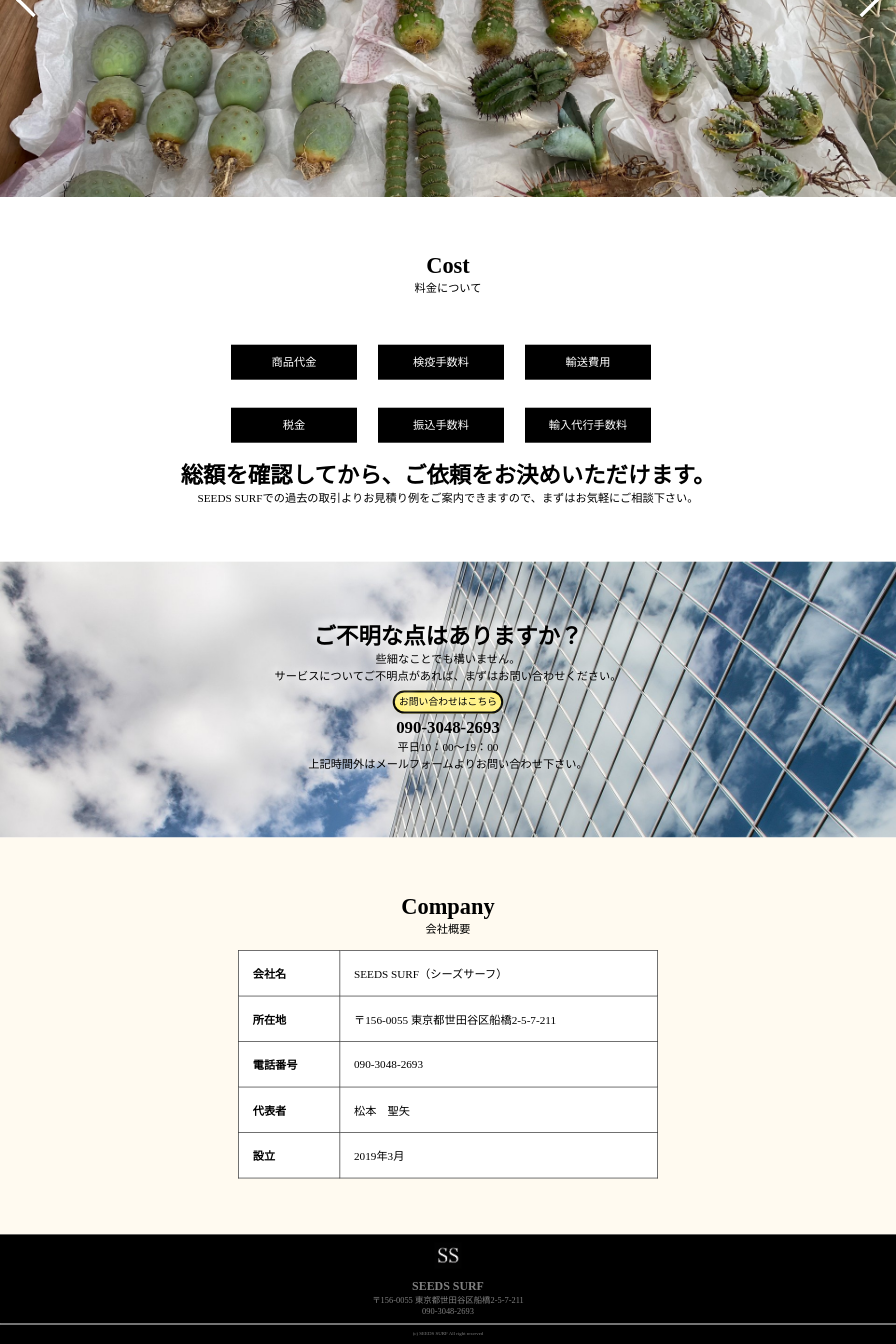
Repository: Seiya00002/seeds-surf-lp
Page: index.html
These files come from the project's save history. The page is drawn as it stood at one moment and after the next save; the edit follows.
The browser window is 1280 px wide. The pictures show the part of the page from y = 2169 to 4089 px (the page is 4089 px tall before and 4087 px after), at 70% of full size.

Above is the page before, as saved 2023-07-16 08:17:48.

After the next save:
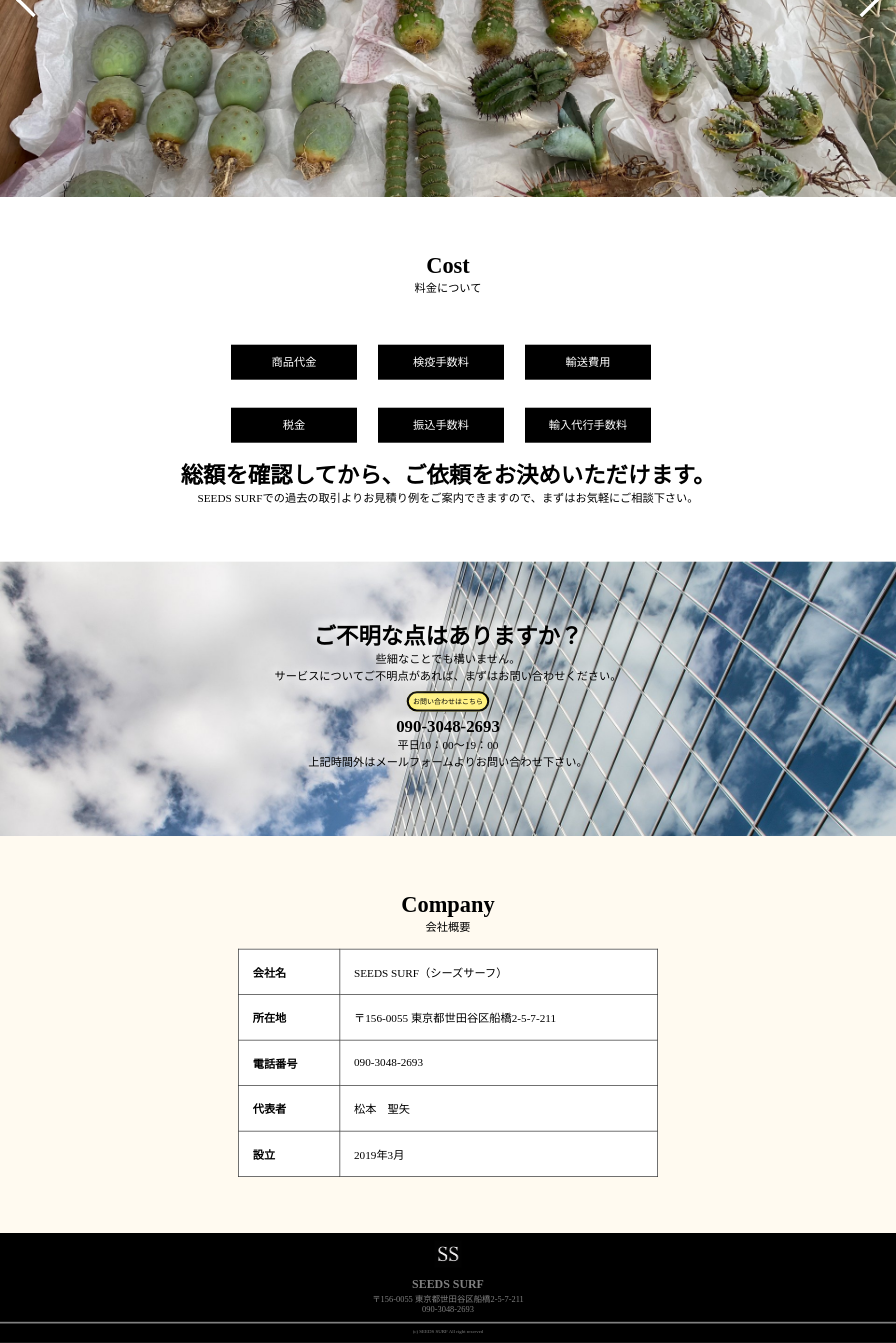
Saved 92 s later.
--- a/css/style.css
+++ b/css/style.css
@@ -243,7 +243,7 @@
     width: 180px;
     height: 35px;
     padding: 6px;
-    font-size: 14px;
+    font-size: 10px;
     color: black;
     background-color:#fff176;
     border: black solid;

After the save that followed:
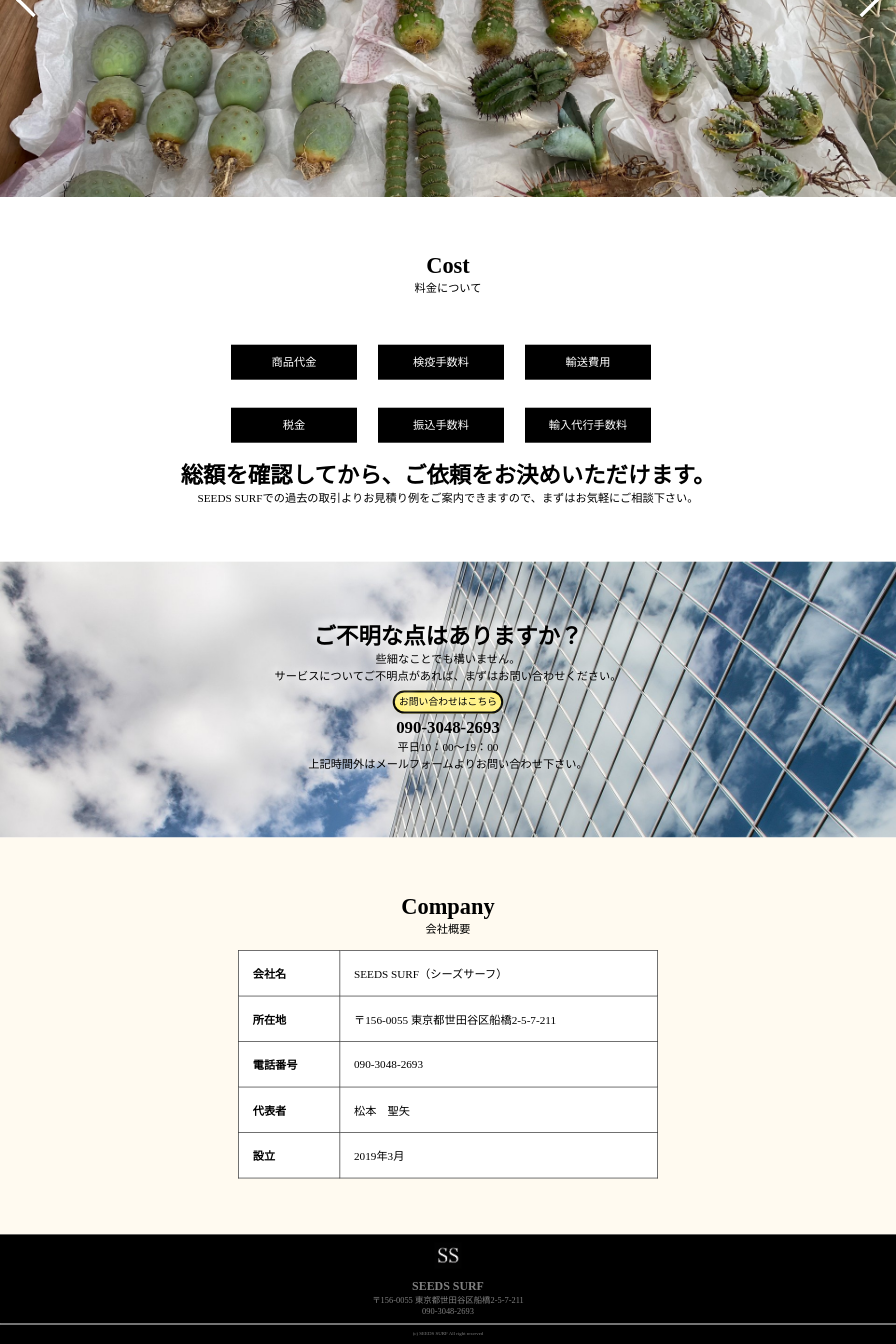
Saved 6 s later.
--- a/css/style.css
+++ b/css/style.css
@@ -243,7 +243,7 @@
     width: 180px;
     height: 35px;
     padding: 6px;
-    font-size: 10px;
+    font-size: 14px;
     color: black;
     background-color:#fff176;
     border: black solid;
